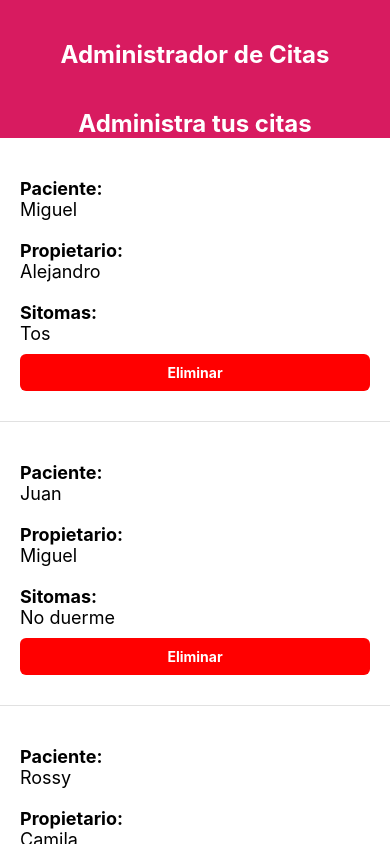
Repository: AleMicky/citas
Screen: /
An editor plug-in stored every save of this project. The screen is shown before and after the next save, followed by the edit.
An inner scrolling area shows only its first screen. The app was drawn by React Native's web renderer in a window 390 px wide. The project was rebuilt for these pictures with package versions that can differ from the ones it lists, and the page was loaded fresh each time.

Above is the screen before, as saved 2020-06-27 00:51:39.

### App.js
import React from 'react'
import { View, Text, StyleSheet, FlatList } from 'react-native'
import Cita from './src/components/Cita';

export default function App() {

  const [citas, setCitas] = React.useState([
      { id:'1', paciente:'Miguel', propietario:'Alejandro', sitomas: 'Tos' },
      { id:'2', paciente:'Juan', propietario:'Miguel', sitomas: 'No duerme' },
      { id:'3', paciente:'Rossy', propietario:'Camila', sitomas: 'No come' }
  ]);

   const eliminarPaciente = id => {
      setCitas((citasActuales) =>{
        return citasActuales.filter(citas => citas.id != id)
      })
   }
  return (
    <View style={styles.contenedor}>
        <Text style={styles.titulo}>Administrador de Citas</Text>
        <Text style={styles.titulo}>Administra tus citas</Text>
        <FlatList data = {citas}
                  renderItem = {({item}) => (<Cita item = {item} eliminarPaciente = {eliminarPaciente}/>)}
                  keyExtractor = {citas => citas.id}
          />
    </View>
  )
}

const styles = StyleSheet.create({
  contenedor:{
    flex:1,
    backgroundColor:'#d81b60'
  },
  titulo:{
    marginTop:40,
    fontSize: 24,
    fontWeight:'bold',
    textAlign:'center',
    color:'#fff'
  }
})

### src/components/Cita.js
import React from 'react';
import { Text, StyleSheet, View, TouchableOpacity } from 'react-native';

const Cita = ({ item, eliminarPaciente }) => {

    const { id, paciente, propietario, sitomas  } = item;

    const dialogoEliminar = id => {
        eliminarPaciente(id);
    }

    return (
        <View style={styles.cita}>
            <View>
                <Text style={styles.lebel}>Paciente: </Text>
                <Text style={styles.texto}>{paciente}</Text>
            </View>
            <View>
                <Text style={styles.lebel}>Propietario: </Text>
                <Text style={styles.texto}>{propietario}</Text>
            </View>
            <View>
                <Text style={styles.lebel}>Sitomas: </Text>
                <Text style={styles.texto}>{sitomas}</Text>
            </View>
            <View>
                <TouchableOpacity onPress={() => dialogoEliminar(id)} style={styles.butonEliminar}>
                        <Text style={styles.textoELiminar}>Eliminar</Text>
                </TouchableOpacity>
            </View>
        </View>
    );
}
const styles = StyleSheet.create({
    cita:{
        backgroundColor:'#fff',
        borderBottomColor:"#e1e1e1",
        borderStyle:'solid',
        borderBottomWidth: 1,
        paddingVertical:20,
        paddingHorizontal:20,
    },
    lebel:{
        fontWeight:'bold',
        fontSize:18,
        marginTop:20
    },
    texto:{
        fontSize:18,
    },
    butonEliminar:{
        borderRadius: 6,
        padding:10,
        backgroundColor:'red',
        marginVertical:10,

    },
    textoELiminar:{
        color:'#fff',
        fontWeight:'bold',
        textAlign:'center'
    }
})
export default Cita;

After the next save:
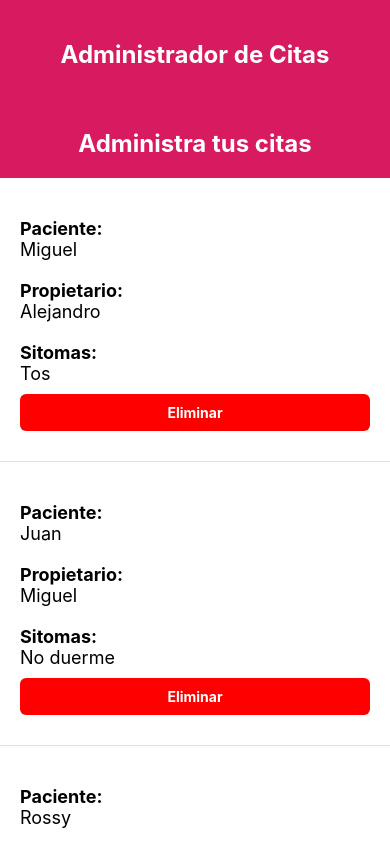
Saved 2 min 14 s later.
--- a/App.js
+++ b/App.js
@@ -18,7 +18,7 @@ export default function App() {
   return (
     <View style={styles.contenedor}>
         <Text style={styles.titulo}>Administrador de Citas</Text>
-        <Text style={styles.titulo}>Administra tus citas</Text>
+          <Text style={styles.titulo}>{citas.length > 0 ?'Administra tus citas':'No hay citas, agrega una '}</Text>
         <FlatList data = {citas}
                   renderItem = {({item}) => (<Cita item = {item} eliminarPaciente = {eliminarPaciente}/>)}
                   keyExtractor = {citas => citas.id}
@@ -34,6 +34,7 @@ const styles = StyleSheet.create({
   },
   titulo:{
     marginTop:40,
+    marginBottom:20,
     fontSize: 24,
     fontWeight:'bold',
     textAlign:'center',
